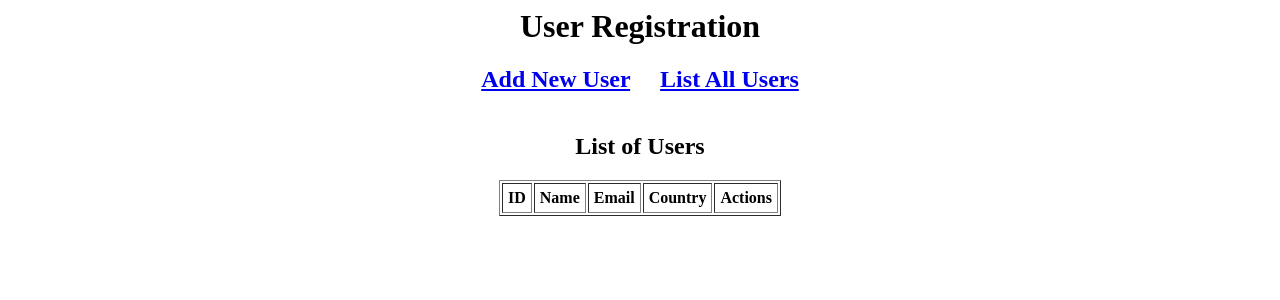
Repository: Malli120391/servlet-tutorial-master
Page: http://localhost/user-registration-example/
The author's editor kept a copy of each file at every save. The page is drawn from the files as they stood at one save, then again after the next save.
The browser window is 1280 px wide. The pictures show the whole page.
The page is served by Tomcat 9. Queries for data that is not in the repository find no rows.

Above is the page before, as saved 2020-08-23 04:41:50.

After the next save:
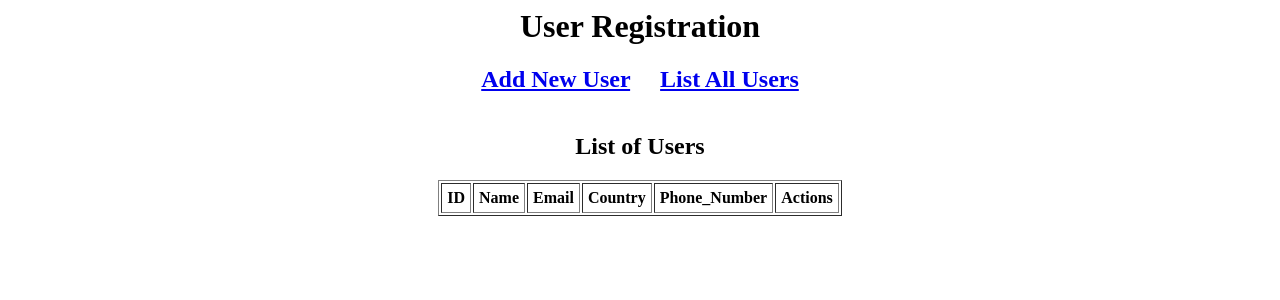
Saved 67 s later.
--- a/user-registration-example/WebContent/user-list.jsp
+++ b/user-registration-example/WebContent/user-list.jsp
@@ -23,6 +23,7 @@
                 <th>Name</th>
                 <th>Email</th>
                 <th>Country</th>
+                <th>Phone_Number</th>
                 <th>Actions</th>
             </tr>
             <c:forEach var="user" items="${listUser}">
